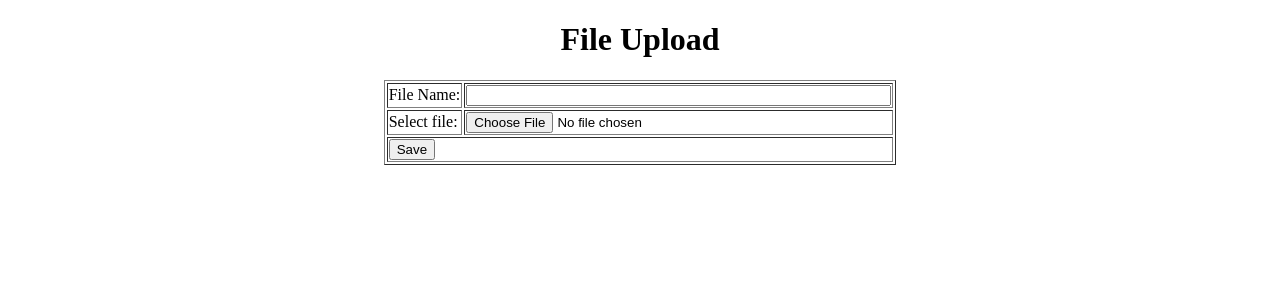
Repository: jungmintaeng/mini-ucampus
Page: http://localhost/ucam/planupload.jsp
An editor plug-in stored every save of this project. The page is shown before and after the next save, followed by the edit.
The browser window is 1280 px wide. The pictures show the whole page.
The page is served by Tomcat 9. Nobody is signed in. The application's start-up code is not run. Other server files are loaded and not shown.

Above is the page before, as saved 2016-06-11 16:50:34.

### ucam/WebContent/planupload.jsp
<%@ page language="java" contentType="text/html; charset=ISO-8859-1"
    pageEncoding="ISO-8859-1"%>
<!DOCTYPE html PUBLIC "-//W3C//DTD HTML 4.01 Transitional//EN" "http://www.w3.org/TR/html4/loose.dtd">
<html>
<head>
<head>
<meta http-equiv="Content-Type" content="text/html; charset=ISO-8859-1">
<title>plan Upload</title>
</head>
<body>
    <center>
        <h1>File Upload</h1>
        <form method="post" action="uploadServlet" enctype="multipart/form-data">
            <table border="1">
                <tr>
                    <td>File Name: </td>
                    <td><input type="text" name="fileName" size="50"/></td>
                </tr>
                <tr>
                    <td>Select file: </td>
                    <td><input type="file" name="file" size="50"/></td>
                </tr>
                <tr>
                    <td colspan="2">
                        <input type="submit" value="Save">
                    </td>
                </tr>
            </table>
        </form>
    </center>
</body>
</html>

After the next save:
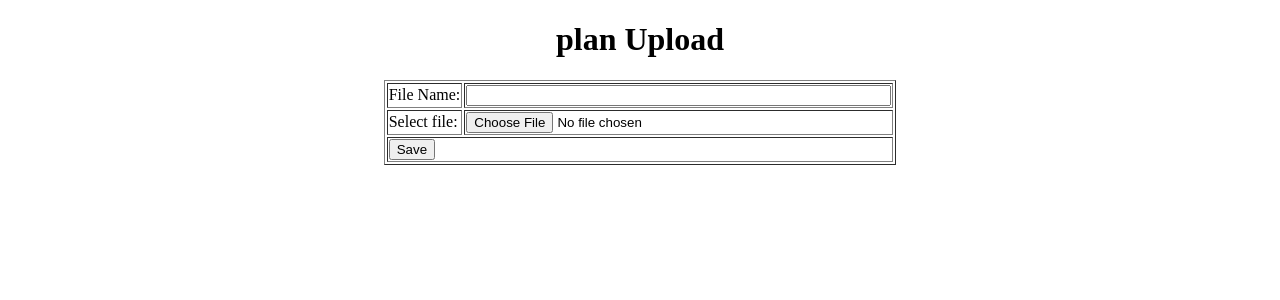
Saved 4 s later.
--- a/ucam/WebContent/planupload.jsp
+++ b/ucam/WebContent/planupload.jsp
@@ -9,7 +9,7 @@
 </head>
 <body>
     <center>
-        <h1>File Upload</h1>
+        <h1>plan Upload</h1>
         <form method="post" action="uploadServlet" enctype="multipart/form-data">
             <table border="1">
                 <tr>
